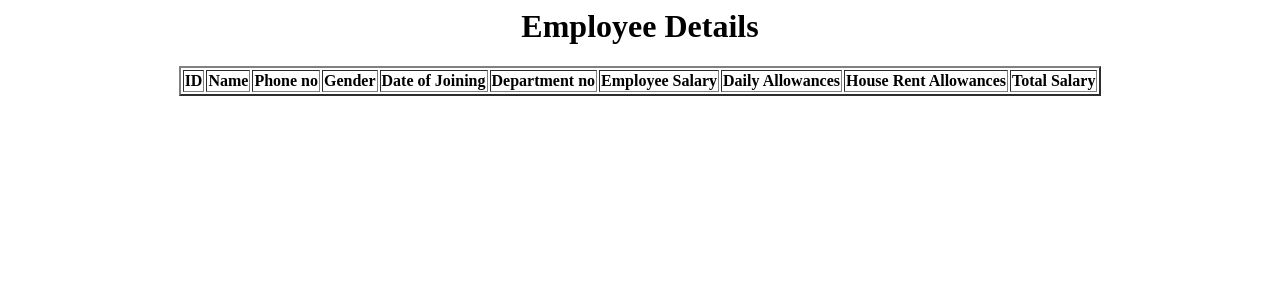
Repository: projects-collab/SpringBoot
Page: http://localhost/EmployeeDetails
An editor plug-in stored every save of this project. The page is shown before and after the next save, followed by the edit.
The browser window is 1280 px wide. The pictures show the whole page.
The page is this project's Thymeleaf template; nobody is signed in. The template is opened directly, without the code that normally fills it, so the values that code supplies are empty.

Above is the page before, as saved 2024-12-22 12:28:29.

After the next save:
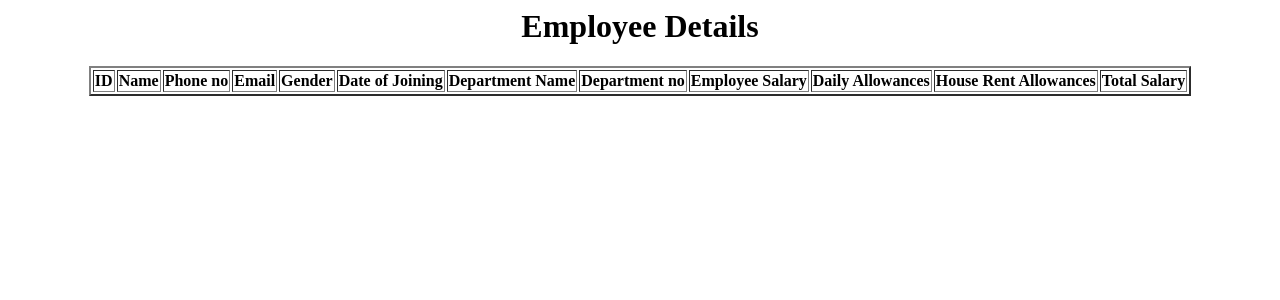
Saved 48 s later.
--- a/Springbootemployeeproject/src/main/resources/templates/EmployeeDetails.html
+++ b/Springbootemployeeproject/src/main/resources/templates/EmployeeDetails.html
@@ -12,8 +12,10 @@
 					<th>ID</th>
 					<th>Name</th>
 					<th>Phone no</th>
+					<th>Email</th>
 					<th>Gender</th>
 					<th>Date of Joining</th>
+					<th>Department Name</th>
 					<th>Department no</th>
 					<th>Employee Salary</th>
 					<th>Daily Allowances</th>
